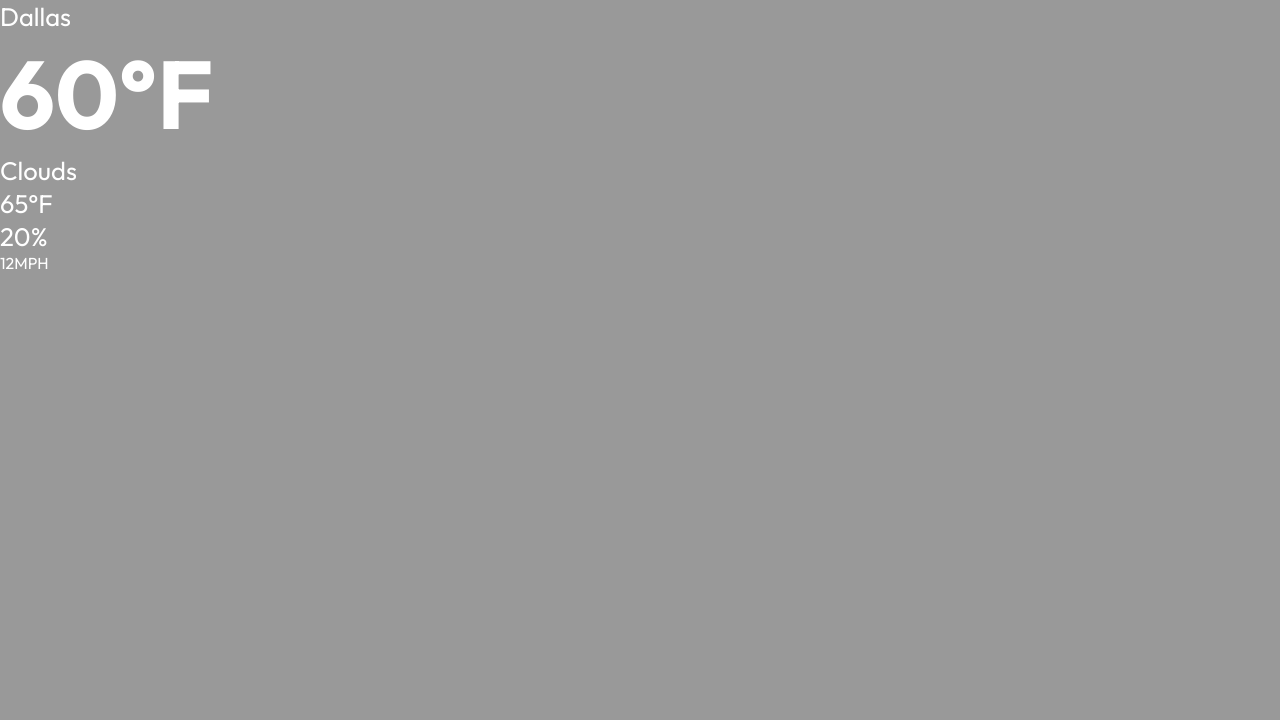
Repository: stavan30/weather-react
Page: /
An editor plug-in stored every save of this project. The page is shown before and after the next save, followed by the edit.
The browser window is 1280 px wide. The pictures show the whole page.
The project was rebuilt for these pictures with package versions that can differ from the ones it lists, and the page was loaded fresh each time.

Above is the page before, as saved 2024-02-06 00:18:14.

After the next save:
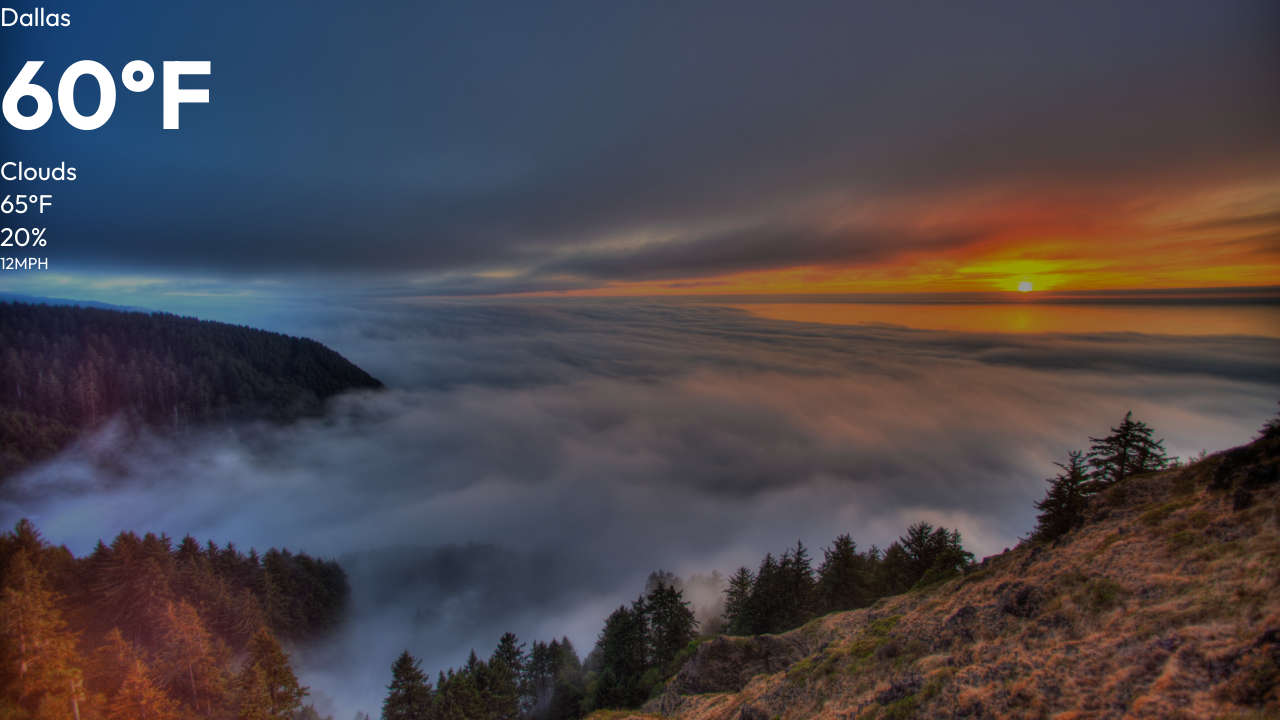
Saved 4 min 32 s later.
--- a/src/index.css
+++ b/src/index.css
@@ -29,3 +29,14 @@ h1 {
   background-color: rgba(0, 0, 0, 0.4);
   color: white;
 }
+
+.app:before{
+  content: '';
+  background: url('./assets/sunset.jpg') no-repeat center center/cover;
+  position: absolute;
+  width: 100%;
+  height: 100%;
+  top: 0;
+  left: 0;
+  z-index: -1;
+}
